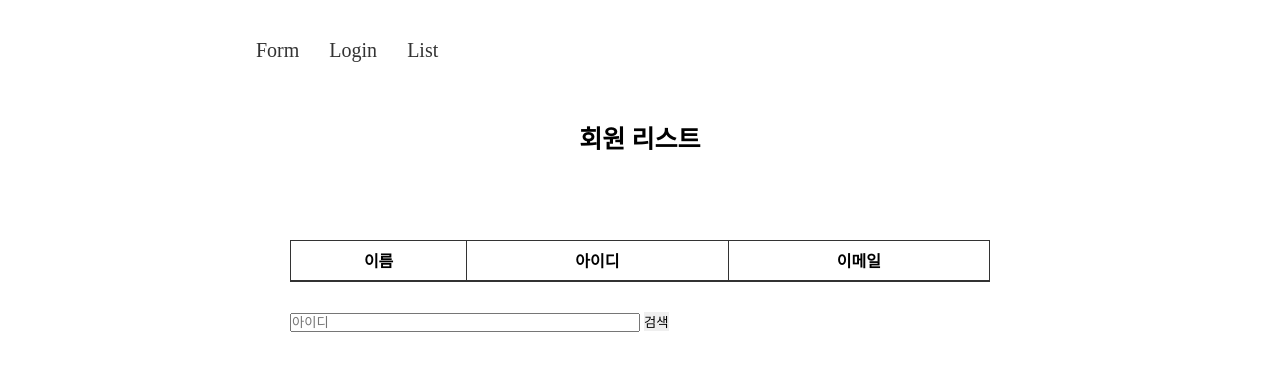
Repository: zeroj-0/eclipseProjects
Page: http://localhost/jv301/mod010/user_list.do
The author's editor kept a copy of each file at every save. The page is drawn from the files as they stood at one save, then again after the next save.
The browser window is 1280 px wide. The pictures show the whole page.
The page is served by Tomcat 9. Other server files are loaded and not shown. Queries for data that is not in the repository find no rows.

Above is the page before, as saved 2022-07-07 07:05:06.

### jv301/src/main/webapp/mod010/user_list.jsp
<%@ page language="java" contentType="text/html; charset=UTF-8" pageEncoding="UTF-8"%>
<%@ taglib prefix="c" uri="http://java.sun.com/jsp/jstl/core" %>
<!DOCTYPE html>
<html>
<head>
<meta charset="UTF-8">
<title>Insert title here</title>
<link rel="stylesheet" href="./fixmethod.css">
<link rel="stylesheet" href="./style.css">
<style>
	table {
		border: 1px solid #333;
		width: 100%;
		margin: 0 auto;
		border-collapse: collapse;
	}
	table tr {
		height: 40px;
	}
	table td {
		border: 1px solid #333;
		width: 100px;
		text-align: center;
	}
	table th {
		border: 1px solid #333;
		border-bottom: 2px solid #333;
	}
	.search-area {
		width: 100%;
		margin-top: 30px;
	}
	.search-area input {
		width: 50%;
	}
</style>
</head>
<body>
<div id="wrapper">
	<div id="header">
		<%@ include file="/incl/menu.jsp" %>
	</div>
<h3 class="title">회원 리스트</h3>
	<div class="container">
				<table>
					<tr>
						<th>이름</th><th>아이디</th><th>이메일</th>
					</tr>
					<c:forEach var="user" items="${user}">
						<tr>
							<td>
								${user.getUserName()}
							</td>
							<td>
								${user.getUserId()}
							</td>
							<td>
								${user.getEmail()}
							</td>
						</tr>
					</c:forEach>
				</table>
				<div class="search-area">
					<form>
						<input type="text" name="searchId" placeholder="아이디"/>
						<button type="submit">검색</button>
					</form>
				</div>
	</div>
</div>
</body>
</html>

### jv301/src/main/webapp/incl/menu.jsp
<%@ page language="java" contentType="text/html; charset=UTF-8"  pageEncoding="UTF-8"%>

<div class="gnb">
	<ul>
		<li><a href="add_user.jsp">Form</a></li>
		<li><a href="login">Login</a></li>
		<li><a href="user_list.do">List</a></li>
	</ul>
</div>

### jv301/src/main/java/com/varxyz/jv301/mod010/UserListServlet.java
package com.varxyz.jv301.mod010;

import java.io.IOException;
import java.util.List;

import javax.servlet.RequestDispatcher;
import javax.servlet.ServletException;
import javax.servlet.annotation.WebServlet;
import javax.servlet.http.HttpServlet;
import javax.servlet.http.HttpServletRequest;
import javax.servlet.http.HttpServletResponse;

@WebServlet("/mod010/user_list.do")
public class UserListServlet extends HttpServlet {
	private UserService userService;
	private static final long serialVersionUID = 1L;

	protected void doGet(HttpServletRequest request, HttpServletResponse response) throws ServletException, IOException {
		userService = UserService.getInstance();
		List<User> userList = userService.getAllUsers();
		request.setAttribute("user", userList);

		RequestDispatcher dispatcher = null;
		dispatcher = request.getRequestDispatcher("user_list.jsp");
		dispatcher.forward(request, response);
	}

	protected void doPost(HttpServletRequest request, HttpServletResponse response) throws ServletException, IOException {
		request.setCharacterEncoding("utf-8");

		String userId = request.getParameter("userId");

		request.setAttribute("userId", userId);

		RequestDispatcher dispatcher = null;
		dispatcher = request.getRequestDispatcher("update.jsp");
		dispatcher.forward(request, response);
	}

}

### jv301/src/main/java/com/varxyz/jv301/mod010/UserDao.java
package com.varxyz.jv301.mod010;

import java.sql.Connection;
import java.sql.PreparedStatement;
import java.sql.ResultSet;
import java.sql.SQLException;
import java.util.ArrayList;
import java.util.List;

public class UserDao {
	DataSource dataSource = null;

	public UserDao() {
		NamingService namingService = NamingService.getInstance();
		dataSource = (DataSource)namingService.getAttribute("dataSource");
	}

	public List<User> findAllUsers() {
		String sql = "SELECT * FROM User";
		List<User> userList = new ArrayList<User>();
		try {
			Connection con = null;
			PreparedStatement pstmt = null;
			ResultSet rs = null;
			try {
				con = dataSource.getConnection();
				pstmt = con.prepareStatement(sql);
				rs = pstmt.executeQuery();

				while(rs.next()) {
					User user = new User();
					user.setUserId(rs.getString("id"));
					user.setUserName(rs.getString("name"));
					user.setEmail(rs.getString("email"));
					user.setAddr(rs.getString("addr"));

					userList.add(user);
				}
			} finally {
				dataSource.close(rs, pstmt, con);
			}
		} catch (SQLException e) {
			e.printStackTrace();
		}
		return userList;
	}

	public void addUser(User user) {
		String sql = "INSERT INTO User(id,passwd,name,email,addr,ssn) VALUES (?,?,?,?,?,?)";
		try {
			Connection con = null;
			PreparedStatement pstmt = null;

			con = dataSource.getConnection();
			pstmt = con.prepareStatement(sql);

			pstmt.setString(1, user.getUserId());
			pstmt.setString(2, user.getPasswd());
			pstmt.setString(3, user.getUserName());
			pstmt.setString(4, user.getEmail());
			pstmt.setString(5, user.getAddr());
			pstmt.setString(6, user.getSsn());

			pstmt.executeUpdate();
			dataSource.close(pstmt, con);
		} catch (Exception e) {
			e.printStackTrace();
		}
	}
	public String findUserId(String userId) {
		String sql = "SELECT id FROM User WHERE id=?";
		String id = null;
		try {
			Connection con = null;
			PreparedStatement pstmt = null;
			ResultSet rs = null;
			try {
				con = dataSource.getConnection();
				pstmt = con.prepareStatement(sql);
				pstmt.setString(1, userId);

				rs = pstmt.executeQuery();

				if(rs.next()) {
					id= rs.getString("id");
				}

			} finally {
				dataSource.close(rs,pstmt, con);
			}
		} catch(Exception e) {
			e.printStackTrace();
		}
		if(id==null) {
			id="";
		}
		return id;
	}

	public String findUserPasswd(String passwd) {
		String sql = "SELECT passwd FROM User WHERE passwd=?";
		String pw = null;
		try {
			Connection con = null;
			PreparedStatement pstmt = null;
			ResultSet rs = null;
			try {
				con = dataSource.getConnection();
				pstmt = con.prepareStatement(sql);
				pstmt.setString(1, passwd);
				rs = pstmt.executeQuery();

				if(rs.next()) {
					pw= rs.getString("passwd");
				}

			} finally {
				dataSource.close(rs,pstmt, con);
			}
		} catch(Exception e) {
			e.printStackTrace();
		}
		if(pw==null) {
			pw = "";
		}
		return pw;
	}
	public User findUserByUserId(String userId) {
		String sql = "SELECT id,passwd,name,email,addr,ssn FROM User WHERE id=?";
		User user = new User();
		try  {
			Connection con = null;
			PreparedStatement pstmt = null;
			ResultSet rs = null;
			try {
				con = dataSource.getConnection();
				pstmt = con.prepareStatement(sql);
				pstmt.setString(1, userId);
				rs = pstmt.executeQuery();

				while(rs.next()) {
					user.setUserId(rs.getString("id"));
					user.setUserId(rs.getString("passwd"));
					user.setUserName(rs.getString("name"));
					user.setSsn(rs.getString("ssn"));
					user.setEmail(rs.getString("email"));
					user.setAddr(rs.getString("addr"));
					user.setSsn(rs.getString("ssn"));
				}
			} finally {
				dataSource.close(rs, pstmt, con);
			}
		} catch(Exception e) {
			e.printStackTrace();
		}
		return user;
	}
}

### jv301/src/main/webapp/mod010/fixmethod.css
@charset "UTF-8";
* { box-sizing: border-box; margin: 0; padding: 0;}
ul, li {list-style: none;}
a {text-decoration: none; color: #333;}

.gnb {
  width: 100%;
  height: 70px;
  float: left;
  padding-left: 20%;
}
ul li {
  float: left;
  height: 100%;
  margin-left: 30px;
}
ul li:first-child {
  margin-left: 0;
}

a {
  line-height: 70px;
  font-size: 20px;
}
a:hover {
  color: #000;
  font-weight: 600;
}
#header {
	height: 100px;
	width: 100%;
	text-align: center;
	font-size: 20px;
	line-height: 100px;
}
#footer {
	margin-top: 100px;
	text-align: center;
}

### jv301/src/main/webapp/mod010/style.css
@charset "UTF-8";
* { box-sizing: border-box; margin: 0; padding: 0;}
ul, li {list-style: none;}
a {text-decoration: none; color: #333;}

.container {
  padding-top: 60px;
  display: flex;
  flex-wrap: wrap;
  height: 100%;
  width: 700px;
  margin: 0 auto;
}
form {
  width: 100%;
}
h3 {
  font-size: 25px;
  width: 100%;
}
.d {
  height: 50px;
  width: 100%;
  display: flex;
  justify-content: left;
  align-items: center;
  margin-top: 10px;
}
.d > input {
  height: 35px;
  line-height: 35px;
  padding-left: 5px;

}
select {
  height: 35px;
  width: 150px;
  font-size: 15px;
}
span.email {
  margin: 0 5px;
}
.checkbox-layout {
  height: 100px;
}
.inner-box {
  margin: 0;
  display: block;
  width: 100%;
  height: 100%;
}
.inner-box h2 {
  width: 100%;
}
.box {
  display: inline-block;
  width: 18%;
  position: relative;
  overflow: hidden;
}
.box label {
  position: absolute;
  top: 14px;
  left: 20px;
}
.box input {
  height: 50px;
}
span {
  font-size: 18px;
  font-weight: 400;
  color: #333;
}
.btn {
  justify-content: center;
  width: 80px;
  height: 40px;
  margin: 0 auto;
  background: #f9f9f9;
  border-radius: 12px;
  border: 1px solid #000;
  margin-top: 20px;
}
button {
	border-style: none;
}
button.btn-inner {
  border-style: none;
  height: 40px;
  width: 75px;
  font-size:20px;
  background: none;
  cursor: pointer;
}
.address1 {
	width: 250px;
	margin-right: 10px;
}

.title {
	width: 100%;
	text-align: center;
	height: 80px;
	line-height: 80px;
}

After the next save:
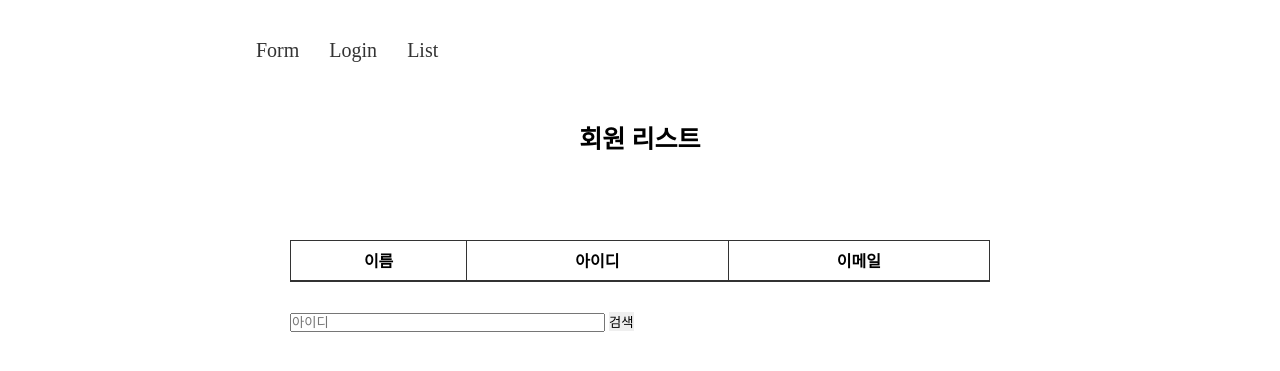
Saved 7 s later.
--- a/jv301/src/main/webapp/mod010/user_list.jsp
+++ b/jv301/src/main/webapp/mod010/user_list.jsp
@@ -31,7 +31,7 @@
 		margin-top: 30px;
 	}
 	.search-area input {
-		width: 50%;
+		width: 45%;
 	}
 </style>
 </head>
